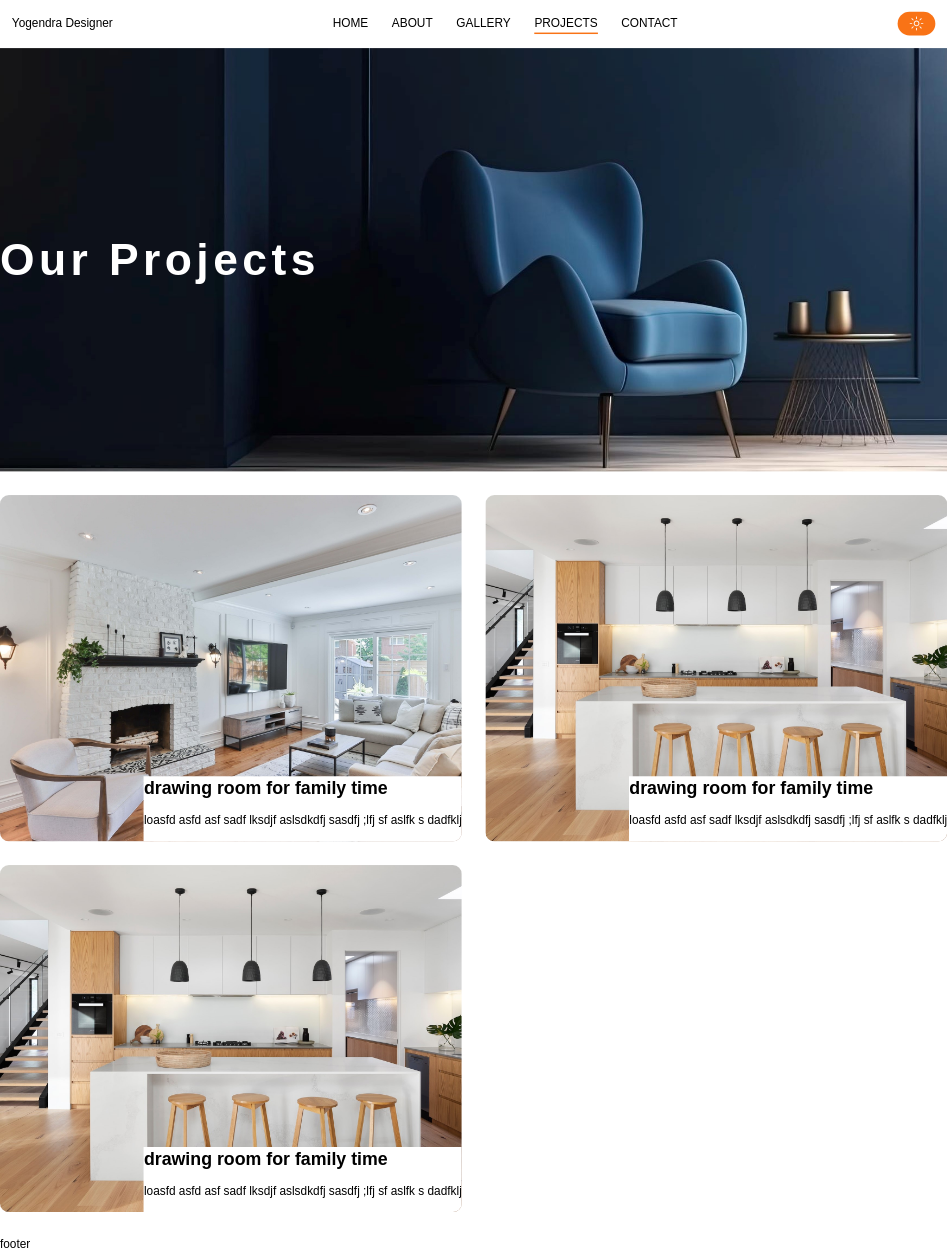
Repository: hitoutvrma/MB_designs-Interior-Designing-website
Page: /projects
These files come from the project's save history. The page is drawn as it stood at one moment and after the next save; the edit follows.
The browser window is 1280 px wide. The pictures show the whole page, at 74% of full size.
The project was rebuilt for these pictures with package versions that can differ from the ones it lists, and the page was loaded fresh each time. The framework's server and built-in components were replaced by stand-ins that run in the browser. Also part of the build but not shown: next.config.mjs.

Above is the page before, as saved 2024-09-14 18:14:37.

After the next save:
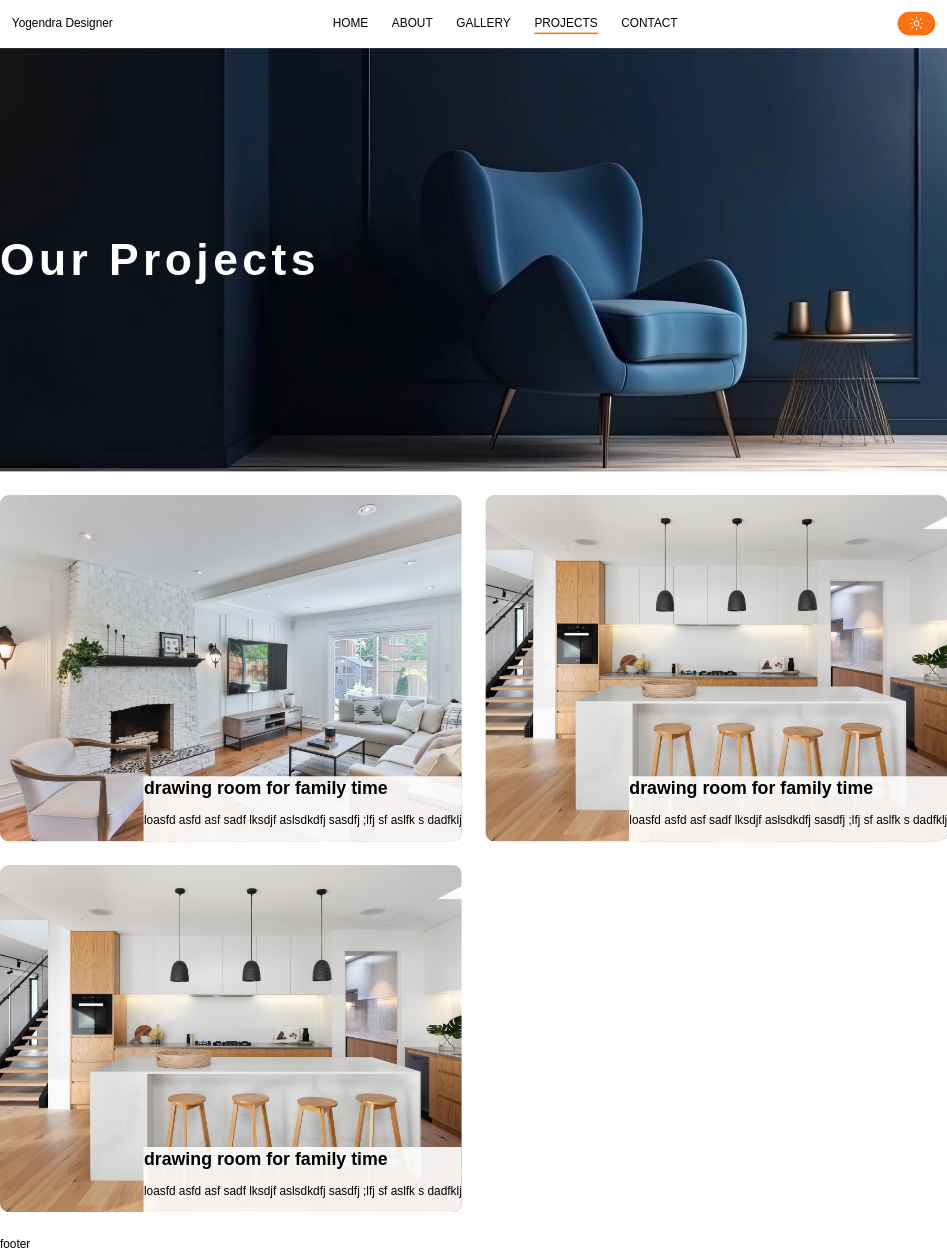
Saved 2 h 27 min later.
--- a/app/projects/page.jsx
+++ b/app/projects/page.jsx
@@ -39,7 +39,7 @@ const page = () => {
             <div>
               <Image src={project.image} width={480} height={380} alt="" className="w-full"/>
             </div>
-            <div className="absolute bottom-0 right-0 bg-white">
+            <div className="absolute bottom-0 right-0 bg-white/90 dark:bg-black/40">
               <h1 className="text-2xl font-semibold"> {project.name}</h1>
               <p className="py-4">{project.description}</p>
             </div>
